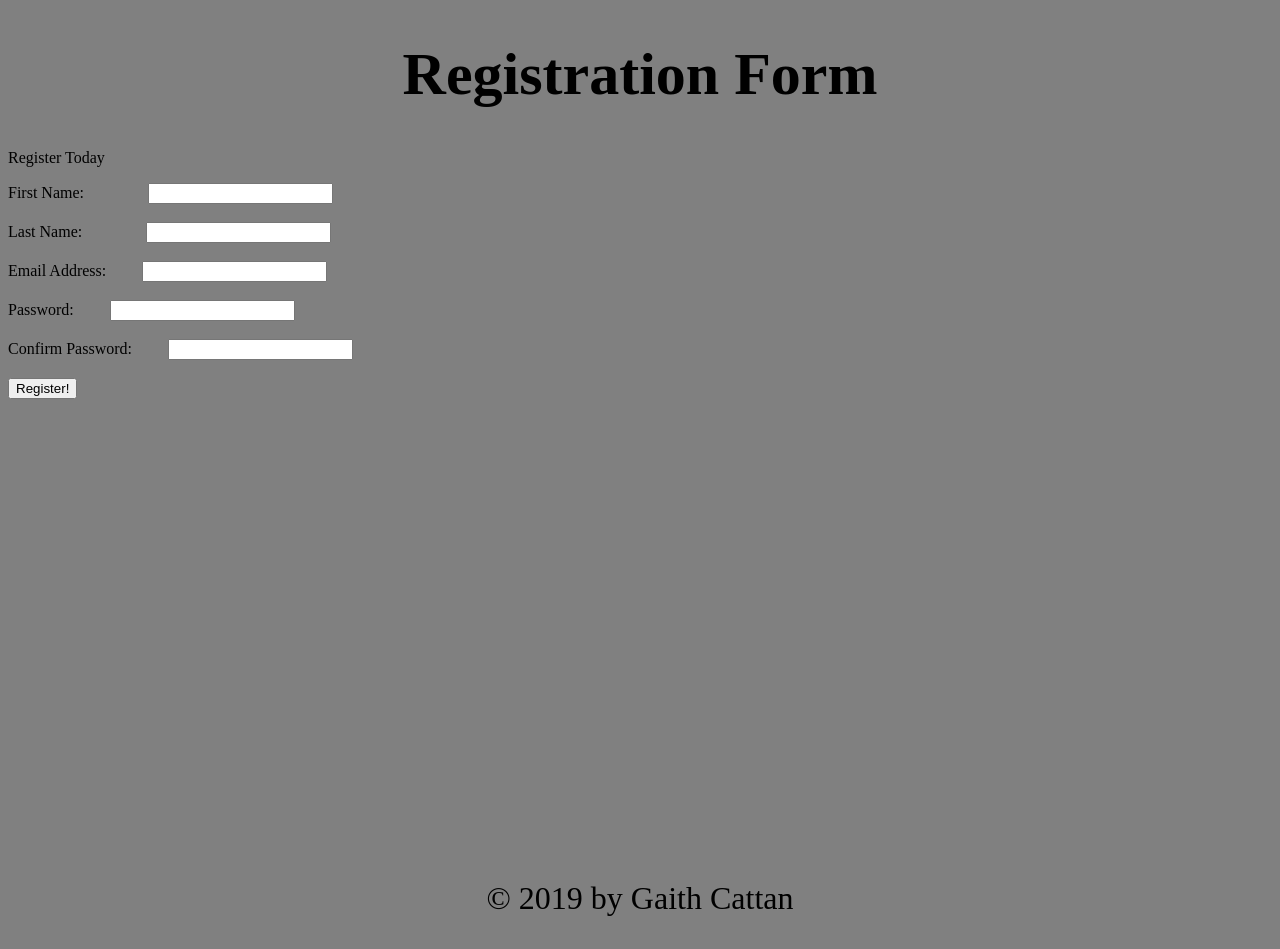
Repository: GaithCattan/COSW30
Page: labwork/lab2/registration.html
The author's editor kept a record of every edit. The page is drawn from the files as they stood at one moment, then again after the next edit.
The browser window is 1280 px wide. The pictures show the whole page.

Above is the page before.

### labwork/lab2/registration.html

<!doctype html>
<html>
    <head>
         <meta charset="utf-8">
         <title>Registration Form</title>
        <style>
          body {background-color: grey;}
          h1 {text-align: center; font-size: 60px; margin-top: 40px;}
          footer {font-size: 2em; color: black; text-align: center; margin-top: 38%;}
        </style>

    </head>
    <body>

        <h1>Registration Form</h1>
        <p>Register Today</p>

         <form action="process_registration.php" method="POST">
             <lable for="first_name">First Name: &nbsp&nbsp&nbsp&nbsp&nbsp&nbsp&nbsp&nbsp&nbsp&nbsp&nbsp&nbsp&nbsp&nbsp</lable>
             <input type="text" id="first_name" name="first_name" required>
             <br><br>
             <lable for="last_name">Last Name: &nbsp&nbsp&nbsp&nbsp&nbsp&nbsp&nbsp&nbsp&nbsp&nbsp&nbsp&nbsp&nbsp&nbsp</lable>
             <input type="text" id="last_name" name="last_name" required>
             <br><br>
             <lable for="email">Email Address: &nbsp&nbsp&nbsp&nbsp&nbsp&nbsp&nbsp</lable>
             <input type="email" id="email" name="email" required>
             <br><br>
             <lable for="password">Password: &nbsp&nbsp&nbsp&nbsp&nbsp&nbsp&nbsp</lable>
             <input type="password" id="password" name="password" required>
             <br><br>
             <lable for="confirm_password">Confirm Password: &nbsp&nbsp&nbsp&nbsp&nbsp&nbsp&nbsp</lable>
             <input type="password" id="confirm_password" name="confirm_password" required>
             <br><br>

             <button>Register!</button>


         </form>

    </body>

    <footer>
        <p>&copy; 2019 by Gaith Cattan</p>
    </footer>

</html>

After the next edit:
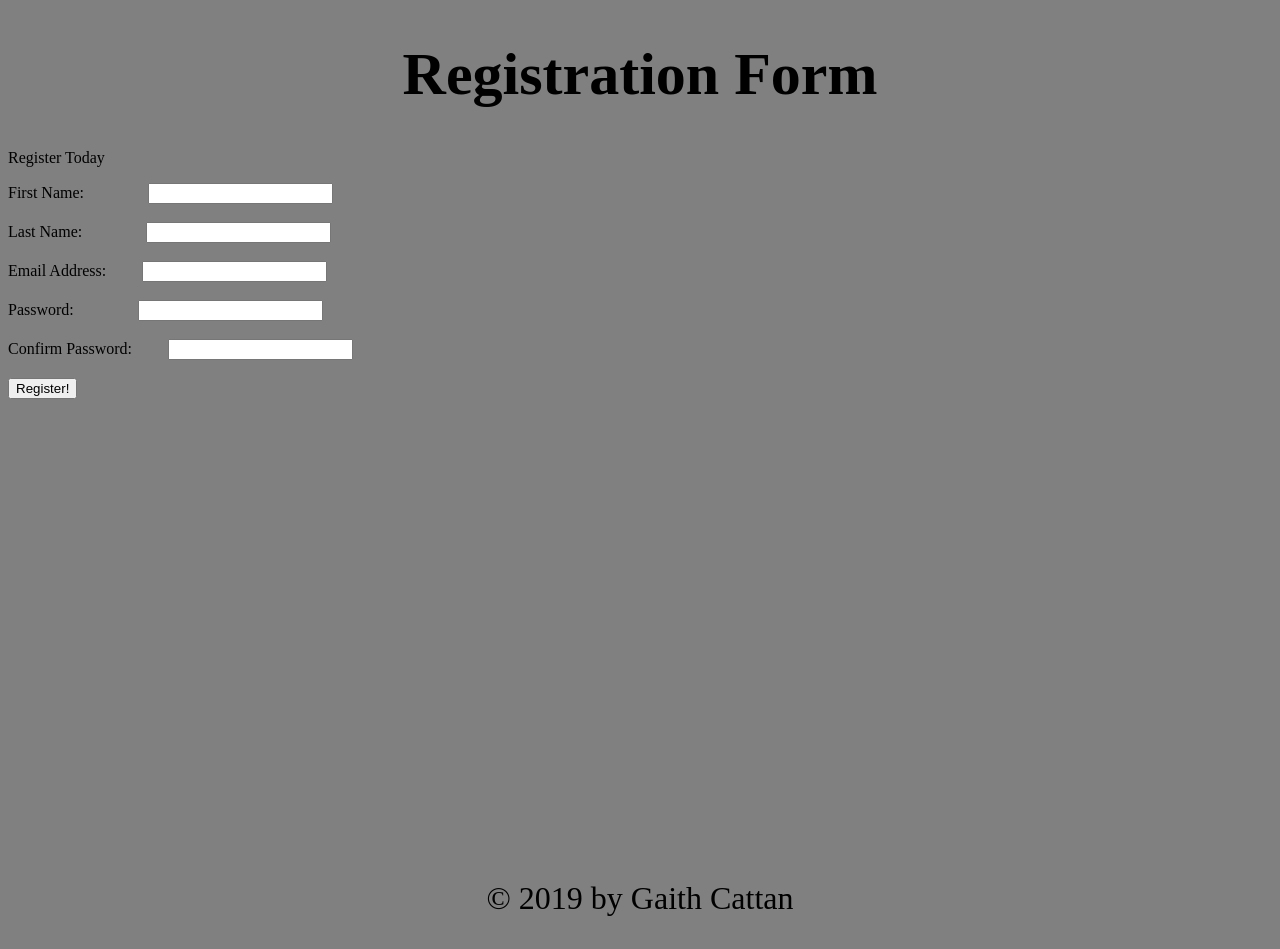
The edit:
--- a/labwork/lab2/registration.html
+++ b/labwork/lab2/registration.html
@@ -26,7 +26,7 @@
              <lable for="email">Email Address: &nbsp&nbsp&nbsp&nbsp&nbsp&nbsp&nbsp</lable>
              <input type="email" id="email" name="email" required>
              <br><br>
-             <lable for="password">Password: &nbsp&nbsp&nbsp&nbsp&nbsp&nbsp&nbsp</lable>
+             <lable for="password">Password: &nbsp&nbsp&nbsp&nbsp&nbsp&nbsp&nbsp&nbsp&nbsp&nbsp&nbsp&nbsp&nbsp&nbsp</lable>
              <input type="password" id="password" name="password" required>
              <br><br>
              <lable for="confirm_password">Confirm Password: &nbsp&nbsp&nbsp&nbsp&nbsp&nbsp&nbsp</lable>
